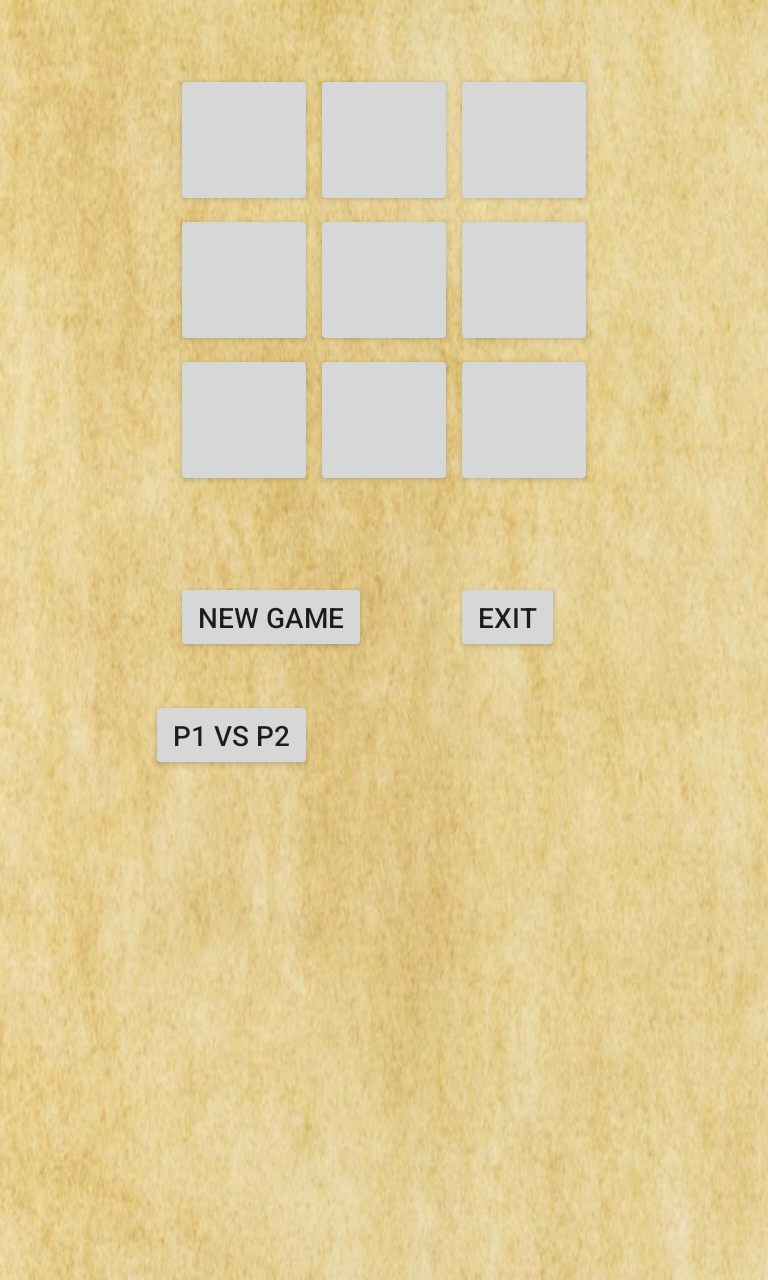
Repository: dtakiy/jogovelha
Layout: games/res/layout/activity_main.xml
An editor plug-in stored every save of this project. The layout is shown before and after the next save, followed by the edit.
It is drawn on a 768 x 1280 px phone screen (xhdpi) without system bars, with theme AppTheme; the app's code is not run.

Above is the layout before, as saved 2014-09-18 01:00:09.

After the next save:
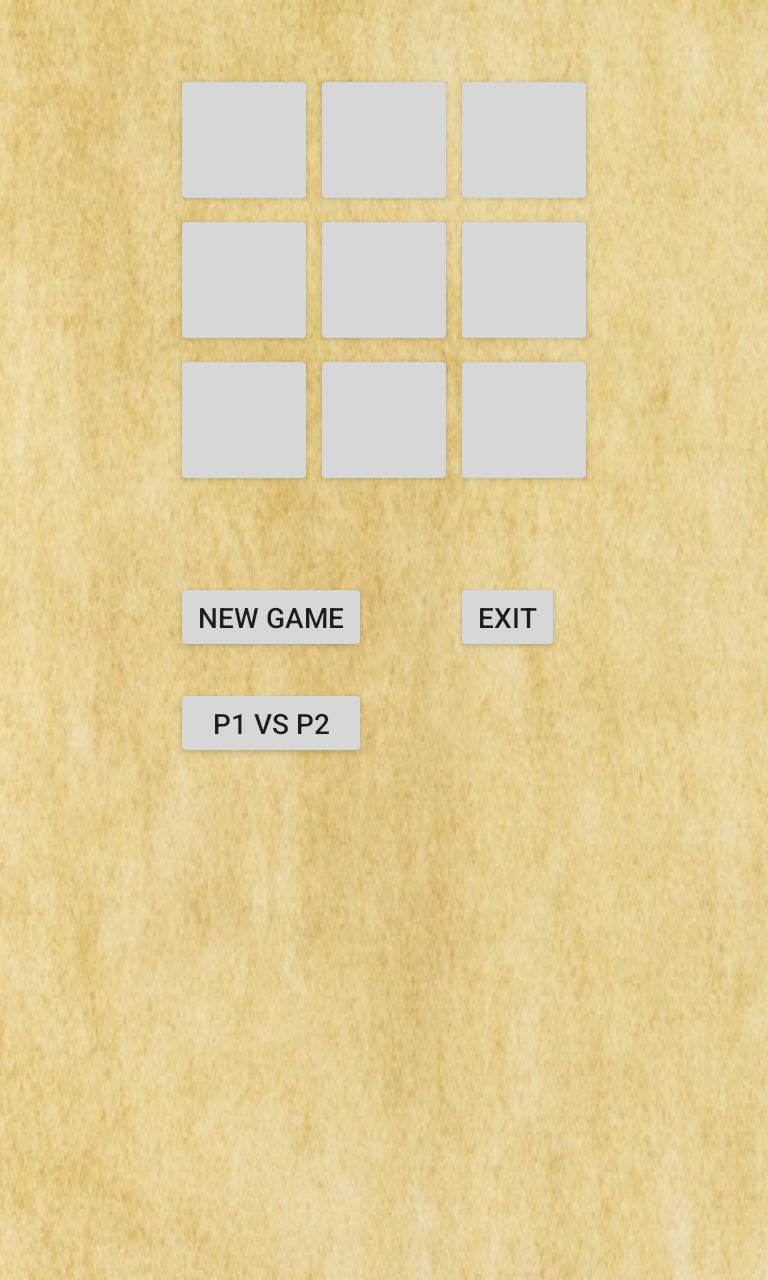
Saved 2 min 34 s later.
--- a/games/res/layout/activity_main.xml
+++ b/games/res/layout/activity_main.xml
@@ -123,9 +123,10 @@
 	      android:id="@+id/p1"
 	      android:layout_width="wrap_content"
 	      android:layout_height="wrap_content"
+	      android:layout_alignLeft="@+id/newgame"
+	      android:layout_alignRight="@+id/newgame"
 	      android:layout_below="@+id/newgame"
-	      android:layout_marginTop="20dp"
-	      android:layout_toLeftOf="@+id/quadrado8"
+	      android:layout_marginTop="14dp"
 	      android:minHeight="20dip"
 	      android:minWidth="20dip"
 	      android:text="@string/p1" />
